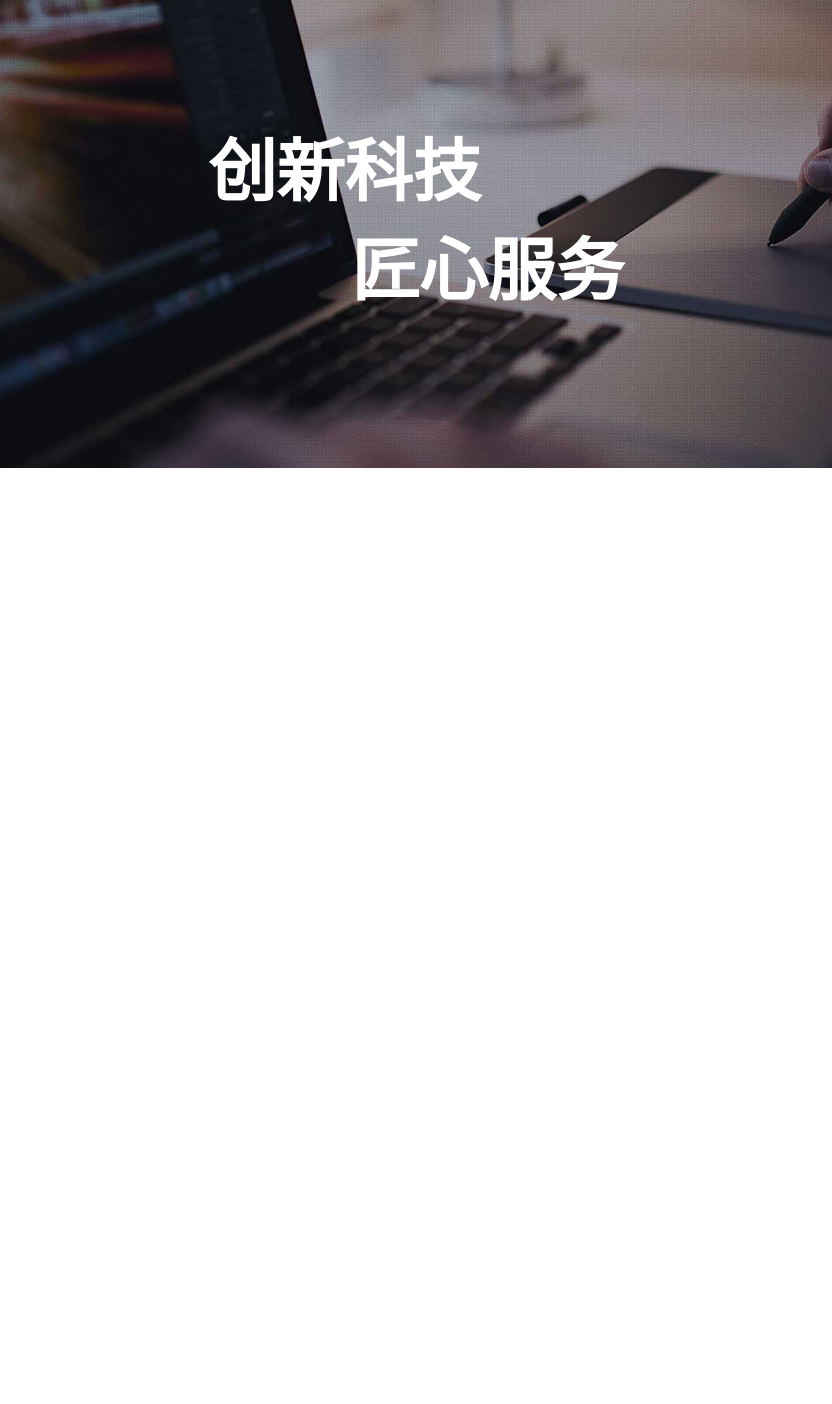
Repository: Burgess-zyl/project
Page: index.html
An editor plug-in stored every save of this project. The page is shown before and after the next save, followed by the edit.
The browser window is 1280 px wide. The pictures show the whole page, at 65% of full size.
Backgrounds fixed to the window are drawn as part of the page.

Above is the page before, as saved 2018-08-13 17:03:05.

### index.html
<!DOCTYPE html>
<html lang="en">
<head>
    <meta charset="UTF-8">
    <meta name="viewport" content="width=device-width, initial-scale=1.0">
    <meta http-equiv="X-UA-Compatible" content="ie=edge">
    <title>视差滚动</title>
    <style>
        * {
            padding: 0px;
            margin: 0px;
            box-sizing: border-box;
        }
        .c {
            position: absolute;
            top: 0;
            right: 0;
            bottom: 0;
            left: 0;
            margin: auto;
        }
        .c.one {
            width: 50%;
            height: 50%;
            font-size: 70px;
            color: #fff;
        }
        .t-l{
            text-align: left;
        }
        .t-r{
            text-align: right;
        }
        .b-img {
            height: 100vh;
            background-size:cover;
            background-position: 50% 50%;
            background-attachment: fixed;
            text-align: center;
        }
        .img1 {
            background-image: url('./img/banner1.jpg');
        }
        .img2 {
            background-image: url('./img/banner2.jpg');
        }
        .img3 {
            background-image: url('./img/banner3.jpg');
        }
    </style>
</head>
<body>
    <section class="b-img img1">
        <div class="c one">
            <h1 class="t-l">创新科技</h1>
            <h1 class="t-r">匠心服务</h1>
        </div>
    </section>
    <section class="b-img">

    </section>
    <section class="b-img">

    </section>
</body>
</html>

After the next save:
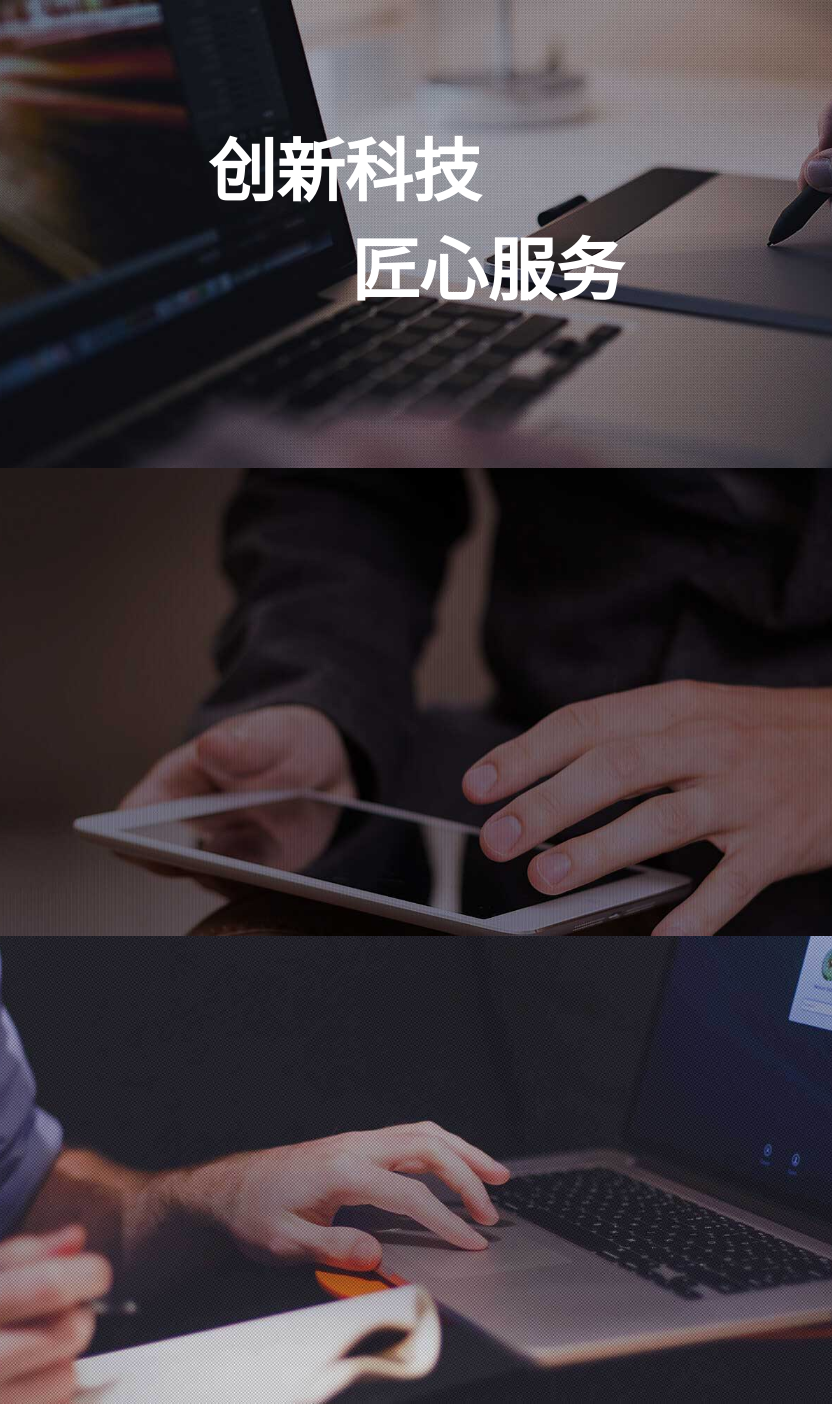
Saved 9 s later.
--- a/index.html
+++ b/index.html
@@ -56,10 +56,10 @@
             <h1 class="t-r">匠心服务</h1>
         </div>
     </section>
-    <section class="b-img">
+    <section class="b-img img2">
 
     </section>
-    <section class="b-img">
+    <section class="b-img img3">
 
     </section>
 </body>
